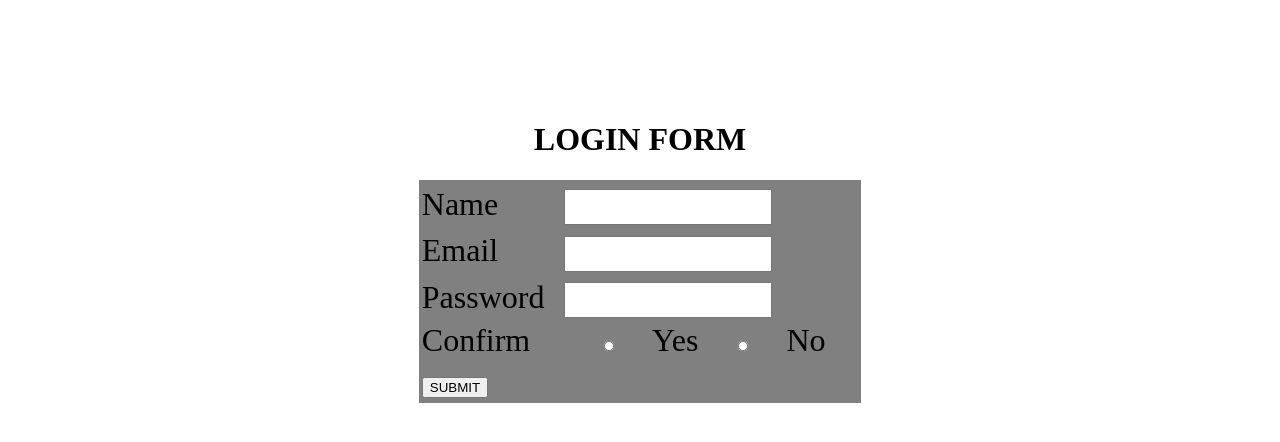
Repository: obusakthi539/Loginform
Page: Login.html
An editor plug-in stored every save of this project. The page is shown before and after the next save, followed by the edit.
The browser window is 1280 px wide. The pictures show the whole page.

Above is the page before, as saved 2025-01-10 18:17:15.

### Login.html
<!DOCTYPE html>
<html lang="en">
<head>
    <meta charset="UTF-8">
    <meta name="viewport" content="width=device-width, initial-scale=1.0">
    <title>Document</title>
    <style>
        body{
             display: flex;
             flex-direction:column;
             align-items: center;
             justify-content: center;
             margin-top: 100px;
        }
        .a{
            background-color:gray;
            font-size: xx-large;
            width: 35%;
            display: flex;
           flex-direction: column;

        }
        .a input{
            width: 200px;
            height: 30px;
        }
        #i{
            width: 80px;
            height: 10px;
        }
    </style>
</head>
<body>

    <h1>LOGIN FORM</h1>
    <div class="a">
        <form action=""></form>
        <table>
            <tr>
                <td> <label for="">Name</label></td>
                <td><input type="text"></td>
            </tr>
            <tr>
                <td><label for="">Email</label></td>
                <td><input type="email"></td>
            </tr>
            <tr>
                <td> <label for="">Password</label></td>
                <td><input type="password"></td>
            </tr>
            <tr>
                <td> <label for="">Confirm</label></td>
                <td radio><input type="radio" name="a" id="i">Yes<input type="radio" name="a" id="i">No</td>
            </tr>
            <tr>
                <td><button>SUBMIT</button></td>
            </tr>
        </table>
    </div>
</body>
</html>

After the next save:
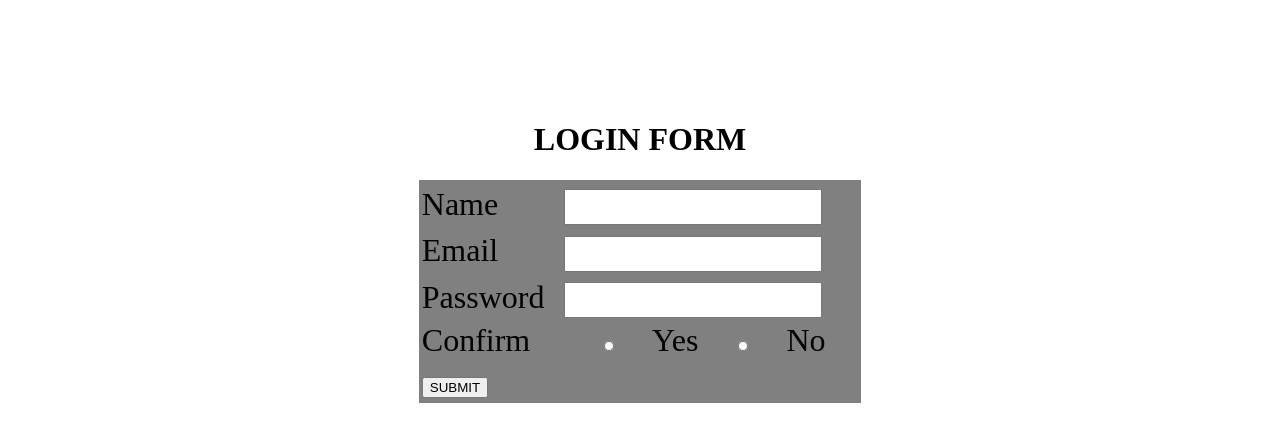
Saved 14 s later.
--- a/Login.html
+++ b/Login.html
@@ -21,7 +21,7 @@
 
         }
         .a input{
-            width: 200px;
+            width: 250px;
             height: 30px;
         }
         #i{
